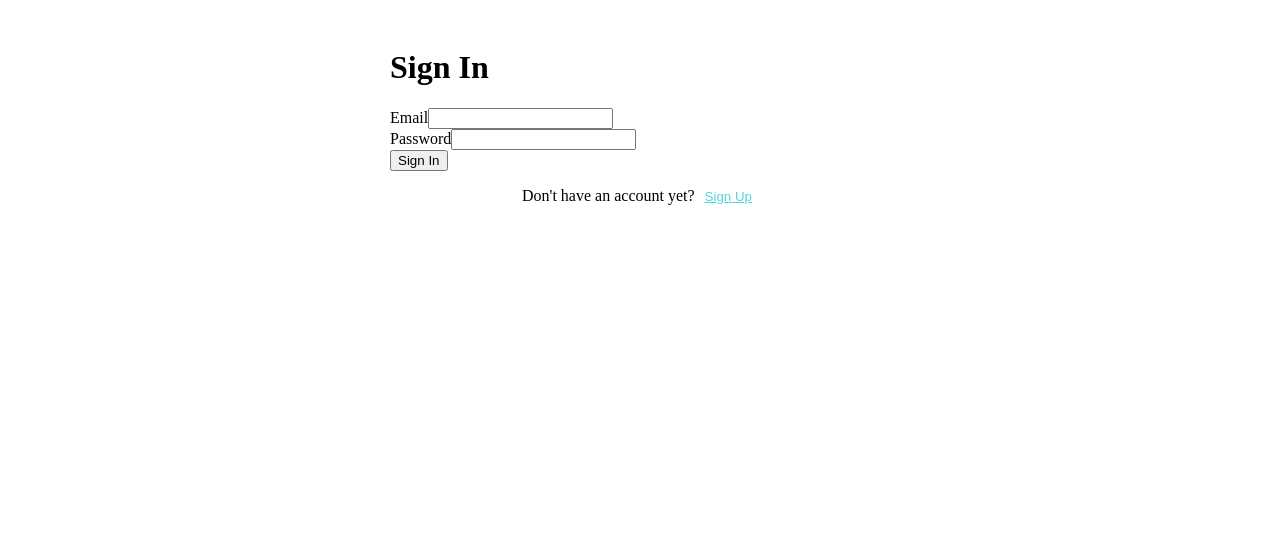
Repository: bettowww/TravelDSA
Page: /auth
An editor plug-in stored every save of this project. The page is shown before and after the next save, followed by the edit.
The browser window is 1280 px wide. The pictures show the whole page.
The page's requests for data from a server got no answer. The project was rebuilt for these pictures with package versions that can differ from the ones it lists, and the page was loaded fresh each time. The framework's server and built-in components were replaced by stand-ins that run in the browser. No one was signed in, and anything a server would have sent is missing. Also part of the build but not shown: next.config.mjs.

Above is the page before, as saved 2024-12-09 15:59:11.

### app/auth/page.jsx
"use client";  // Asigură-te că acest lucru este adăugat pentru a marca componenta ca fiind client-side
import { useState, useEffect } from "react";
import { useRouter } from "next/navigation";  // Importă useRouter din 'next/navigation'
import AuthForm from "../../components/AuthForm"; // Componenta ta pentru formulare
import { auth } from "../firebase/config"; // Configurarea Firebase
import { createUserWithEmailAndPassword, signInWithEmailAndPassword } from "firebase/auth";

import "/styles/auth.css"; // Stilurile pentru paginile de autentificare

const AuthPage = () => {
  const [isSignUp, setIsSignUp] = useState(false); // Controlează ce formular să afișeze
  const [email, setEmail] = useState(""); // Stochează email-ul
  const [password, setPassword] = useState(""); // Stochează parola
  const [error, setError] = useState(null); // Gestionarea erorilor
  const [successMessage, setSuccessMessage] = useState(""); // Mesajul de succes
  const router = useRouter(); // Folosește useRouter pentru a naviga

  const toggleForm = () => {
    setIsSignUp((prev) => !prev); // Comută între Sign Up și Sign In
    setError(null); // Resetează erorile
    setEmail(""); // Resetează câmpul Email
    setPassword(""); // Resetează câmpul Password
    setSuccessMessage(""); // Resetează mesajul de succes
  };

  const handleSubmit = async (e) => {
    e.preventDefault();
    setError(null); // Resetează erorile la trimiterea formularului

    try {
      if (isSignUp) {
        // Crează un nou utilizator
        await createUserWithEmailAndPassword(auth, email, password);
        setSuccessMessage("Account created successfully! Please log in.");
        setIsSignUp(false); // Comută automat la Sign In
        setEmail(""); // Resetează câmpul Email
        setPassword(""); // Resetează câmpul Password
      } else {
        // Autentifică utilizatorul
        await signInWithEmailAndPassword(auth, email, password);
        alert("Sign In successful!");

        // După autentificare, redirecționează utilizatorul la /home
        router.push("/home");  // Redirecționează la pagina principală
      }
    } catch (err) {
      setError(err.message); // Afișează eroarea în caz de eșec
    }
  };

  return (
    <div style={{ maxWidth: "500px", margin: "auto", padding: "20px" }}>
      {/* Afișează mesajul de succes dacă există */}
      {successMessage && <p className="success-message">{successMessage}</p>}

      {/* Formularele de autentificare și înregistrare */}
      <AuthForm
        email={email}
        password={password}
        setEmail={setEmail}
        setPassword={setPassword}
        error={error}
        handleSubmit={handleSubmit}
        buttonText={isSignUp ? "Sign Up" : "Sign In"}
      />

      {/* Link pentru comutarea între Sign In și Sign Up */}
      <div style={{ textAlign: "center", marginTop: "10px" }}>
        <p>
          {isSignUp
            ? "Already have an account? "
            : "Don't have an account yet? "}
          <button
            onClick={toggleForm}
            style={{
              background: "none",
              border: "none",
              color: "#50D8D7",
              cursor: "pointer",
              textDecoration: "underline",
            }}
          >
            {isSignUp ? "Sign In" : "Sign Up"}
          </button>
        </p>
      </div>
    </div>
  );
};

export default AuthPage;

### components/AuthForm.jsx
import React from "react";
import '../styles/auth.css'; // sau asigură-te că stilurile sunt aplicate din globals.css

const AuthForm = ({ email, password, setEmail, setPassword, error, handleSubmit, buttonText, className }) => {
  return (
    <div className={`auth-form ${className}`}>
      <h1 className="auth-form-title">{buttonText}</h1>
      <form onSubmit={handleSubmit}>
        <div className="auth-form-group">
          <label className="auth-form-label" htmlFor="email">Email</label>
          <input
            id="email"
            type="email"
            value={email}
            onChange={(e) => setEmail(e.target.value)}
            className="auth-form-input"
            required
          />
        </div>
        <div className="auth-form-group">
          <label className="auth-form-label" htmlFor="password">Password</label>
          <input
            id="password"
            type="password"
            value={password}
            onChange={(e) => setPassword(e.target.value)}
            className="auth-form-input"
            required
          />
        </div>
        {error && <p className="auth-form-error">{error}</p>}
        <button type="submit" className="auth-form-button">
          {buttonText}
        </button>
      </form>
    </div>
  );
};

  export default AuthForm;

### app/firebase/config.js
// Import the functions you need from the SDKs you need
import { initializeApp, getApps, getApp } from "firebase/app";
import { getAuth } from "firebase/auth";
import { getAnalytics } from "firebase/analytics";

const firebaseConfig = {
  apiKey: process.env.NEXT_PUBLIC_FIREBASE_API_KEY,
  authDomain: process.env.NEXT_PUBLIC_FIREBASE_AUTH_DOMAIN,
  databaseURL: process.env.NEXT_PUBLIC_FIREBASE_DATABASE_URL,
  projectId: process.env.NEXT_PUBLIC_FIREBASE_PROJECT_ID,
  storageBucket: process.env.NEXT_PUBLIC_FIREBASE_STORAGE_BUCKET,
  messagingSenderId: process.env.NEXT_PUBLIC_FIREBASE_MESSAGING_SENDER_ID,
  appId: process.env.NEXT_PUBLIC_FIREBASE_APP_ID,
  measurementId: process.env.NEXT_PUBLIC_FIREBASE_MEASUREMENT_ID
};

// Initialize Firebase
const app = !getApps().length ? initializeApp(firebaseConfig) : getApp();
const auth = getAuth(app);

export {app, auth};

### styles/auth.css
/* Containerul principal al paginii */
.auth-page-container {
    max-width: 500px;
    margin: auto;
    padding: 20px;
}

/* Mesaj de succes */
.success-message {
    color: var(--color-robin-egg-blue);
    font-size: 1rem;
    text-align: center;
    margin-bottom: 20px;
}

/* Containerul pentru comutarea între Sign Up și Sign In */
.auth-toggle-container {
    text-align: center;
    margin-top: 10px;
}

/* Butonul pentru comutarea formularului */
.auth-toggle-button {
    background: none;
    border: none;
    color: var(--color-robin-egg-blue);
    cursor: pointer;
    text-decoration: underline;
    font-size: 1rem;
}

.auth-toggle-button:hover {
    color: #37b0a3;
}

After the next save:
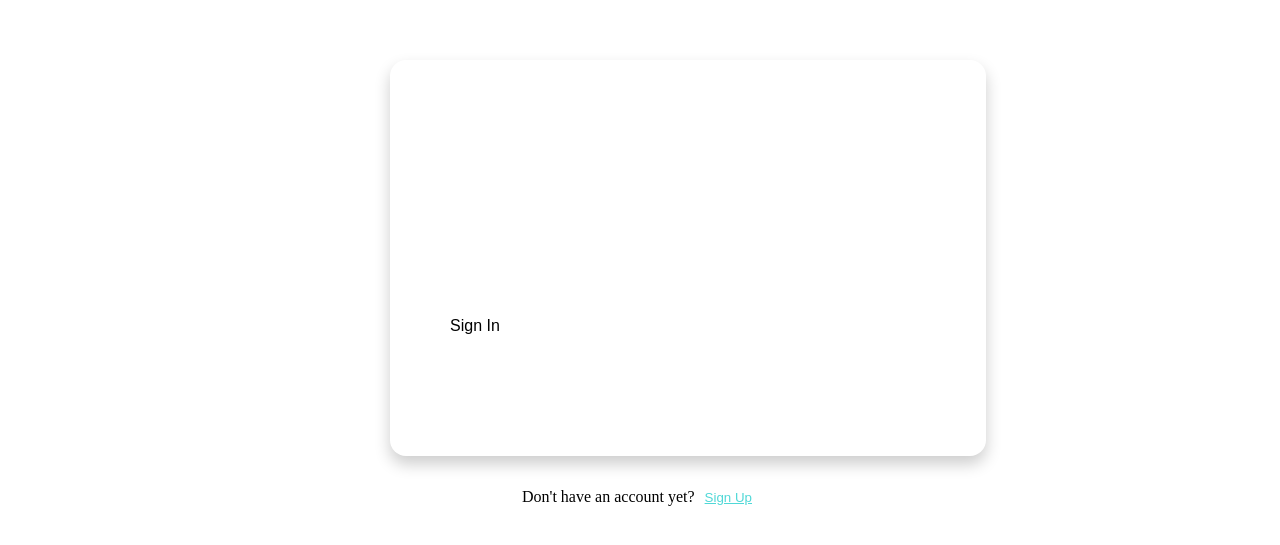
Saved 2 s later.
--- a/styles/auth.css
+++ b/styles/auth.css
@@ -1,34 +1,48 @@
-/* Containerul principal al paginii */
-.auth-page-container {
-    max-width: 500px;
-    margin: auto;
-    padding: 20px;
+.auth-form {
+    max-width: 600px;
+    width: 100%;
+    min-height: 300px;
+    margin: 2rem auto;
+    padding: 3rem;
+    background-color: var(--color-jet);
+    border: 1px solid var(--color-border);
+    border-radius: 16px;
+    box-shadow: 0 8px 16px rgba(0, 0, 0, 0.2);
+    animation: fadeIn 0.5s ease-in-out;
 }
 
-/* Mesaj de succes */
-.success-message {
-    color: var(--color-robin-egg-blue);
-    font-size: 1rem;
+.auth-form-title {
+    font-size: 1.5rem;
+    margin-bottom: 1.5rem;
     text-align: center;
-    margin-bottom: 20px;
+    color: white;
 }
 
-/* Containerul pentru comutarea între Sign Up și Sign In */
-.auth-toggle-container {
-    text-align: center;
-    margin-top: 10px;
+.auth-form-label {
+    font-size: 1rem;
+    color: #ffffff;
+    font-weight: bold;
+    margin-bottom: 5px;
+    display: block;
 }
 
-/* Butonul pentru comutarea formularului */
-.auth-toggle-button {
-    background: none;
-    border: none;
-    color: var(--color-robin-egg-blue);
-    cursor: pointer;
-    text-decoration: underline;
+.auth-form-input {
+    width: 100%;
+    padding: 12px;
     font-size: 1rem;
+    border: 1px solid var(--color-border);
+    border-radius: 8px;
+    background-color: var(--color-gunmetal);
+    color: #ffffff;
 }
 
-.auth-toggle-button:hover {
-    color: #37b0a3;
+.auth-form-button {
+    padding: 12px;
+    font-size: 1rem;
+    color: var(--color-gunmetal);
+    background-color: var(--color-robin-egg-blue);
+    border: none;
+    border-radius: 8px;
+    cursor: pointer;
+    transition: transform 0.2s ease, background-color 0.3s ease;
 }
